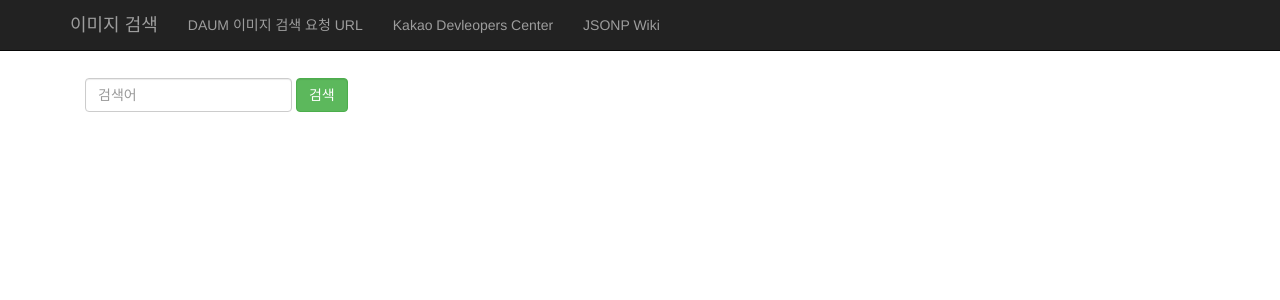
Repository: adminhelper/Ajax
Page: KaKaoOpenAPI08/WebContent/_41_KakaoImageSearchViewer.html
An editor plug-in stored every save of this project. The page is shown before and after the next save, followed by the edit.
The browser window is 1280 px wide. The pictures show the whole page.

Above is the page before, as saved 2020-05-21 02:17:35.

### KaKaoOpenAPI08/WebContent/_41_KakaoImageSearchViewer.html
<!DOCTYPE html>
<html>
<head>
<meta charset="UTF-8">
<!-- 부트스트랩 반응형 웹 지원 -->
<meta name="viewport" content="width=device-width, initial-scale=1">
<title>Kakao Image Search Viewer</title>
<link rel="stylesheet" href="css/bootstrap.min.css">
<link rel="stylesheet" href="css/ekko-lightbox.css">
<style>
	body{
		padding-top:70px;
	}
	.portfolio-item{
		margin-bottom:25px;
	}
	footer{
		margin:50px 0;
	}
</style>
<!-- ekkolightbox가 3.x를 지원하지 않아서 2.x 버전을 사용함 -->
<script src="http://code.jquery.com/jquery-2.2.4.js"></script>
<script src="js/bootstrap.min.js"></script>
<script src="js/ekko-lightbox.min.js"></script>
<script src="https://www.jsviews.com/download/jsrender.js"></script>
<script type="text/javascript">
	$(document).ready(function(){
		var key = "";	// Kakak 내 애플리케이션 REST API 키
		var param = {
			pageno:1, size:20, sort:"accuracy"
		}
		var searchImages = function(){
			$.ajax({
				url : "https://dapi.kakao.com/v2.search/image",
				headers : {'Authorization' : 'KakaoAK ' + key},
				type : "GET",
				data : param,
				success : function(result){
					console.log(result);
					// jsRender플러그인 사용
					// ViewTemplate + json객체 = 특정 div영역에 출력

				}
			});
		}
	});
</script>
<script id="image_template" type="text/x-jsrender">
	<div class="col-md-2 portfolio-item">
		<a data-toggle="lightbox" data-gallery="multis"
		   data-title="{{:display_sitename}}"
		   href="{{:image_url}}">
			<img class="img-responsive"
				 src="{{:thumbnail_url}}"
				 alt="{{:doc_url}}">
		</a>
	</div>
</script>
</head>
<body>
	<nav class="navbar navbar-inverse navbar-fixed-top"
		 role="navigation">
		<div class="container">
			<div class="navbar-header">
				<button type="button" class="navbar-toggle"
						data-toggle="collapse"
						data-target="#bs-example-navbar-collapse-1">
					<span class="sr-only">Toggle navigation</span>
					<span class="icon-bar"></span>
					<span class="icon-bar"></span>
					<span class="icon-bar"></span>
				</button>
				<a class="navbar-brand" href="#">이미지 검색</a>
			</div>
			<div class="collapse navbar-collapse"
				 id="bs-example-navbar-collapse-1">
				<ul class="nav navbar-nav">
					<li>
						<a href="https://dapi.kakao.com/v2/search/image">
							DAUM 이미지 검색 요청 URL
						</a>
					</li>
					<li>
						<a href="https://developers.kakao.com/">
							Kakao Devleopers Center
						</a>
					</li>
					<li>
						<a href="https://en.wikipedia.org/wiki/JSONP">
							JSONP Wiki
						</a>
					</li>
				</ul>
			</div>
		</div>
	</nav>

	<!-- Page Contents 영역 -->
	<div class="container">
		<div class="row">
			<div id="navbar"
				 class="navbar-collapse navbar-form navbar-left">
				<div class="form-group col-lg-12">
					<input id="keyword" type="text"
						   placeholder="검색어" class="form-control">
					<button id="inquery"
							class="btn btn-success form-control">
						검색
					</button>
				</div>
			</div>
		</div>
		<!-- 검색된 이미지가 출력되는 영역 -->
		<div id="imagelist" class="row">
		</div>
		<footer>
			<div class="row">
			</div>
		</footer>
	</div>
</body>
</html>

### KaKaoOpenAPI08/WebContent/css/ekko-lightbox.css
/*!
 * Lightbox for Bootstrap 3 by @ashleydw
 * https://github.com/ashleydw/lightbox
 *
 * License: https://github.com/ashleydw/lightbox/blob/master/LICENSE
 */

.ekko-lightbox-container {
  position: relative;
}

.ekko-lightbox-nav-overlay {
  position: absolute;
  top: 0;
  left: 0;
  z-index: 100;
  width: 100%;
  height: 100%;
}

.ekko-lightbox-nav-overlay a {
  z-index: 100;
  display: block;
  width: 49%;
  height: 100%;
  font-size: 30px;
  color: #fff;
  text-shadow: 2px 2px 4px #000;
  opacity: 0;
  filter: dropshadow(color=#000000, offx=2, offy=2);
  -webkit-transition: opacity 0.5s;
     -moz-transition: opacity 0.5s;
       -o-transition: opacity 0.5s;
          transition: opacity 0.5s;
}

.ekko-lightbox-nav-overlay a:empty {
  width: 49%;
}

.ekko-lightbox a:hover {
  text-decoration: none;
  opacity: 1;
}

.ekko-lightbox .glyphicon-chevron-left {
  left: 0;
  float: left;
  padding-left: 15px;
  text-align: left;
}

.ekko-lightbox .glyphicon-chevron-right {
  right: 0;
  float: right;
  padding-right: 15px;
  text-align: right;
}

.ekko-lightbox .modal-footer {
  text-align: left;
}

Loaded but not shown: KaKaoOpenAPI08/WebContent/css/bootstrap.min.css (library); KaKaoOpenAPI08/WebContent/js/bootstrap.min.js (library); KaKaoOpenAPI08/WebContent/js/ekko-lightbox.min.js (library)

After the next save:
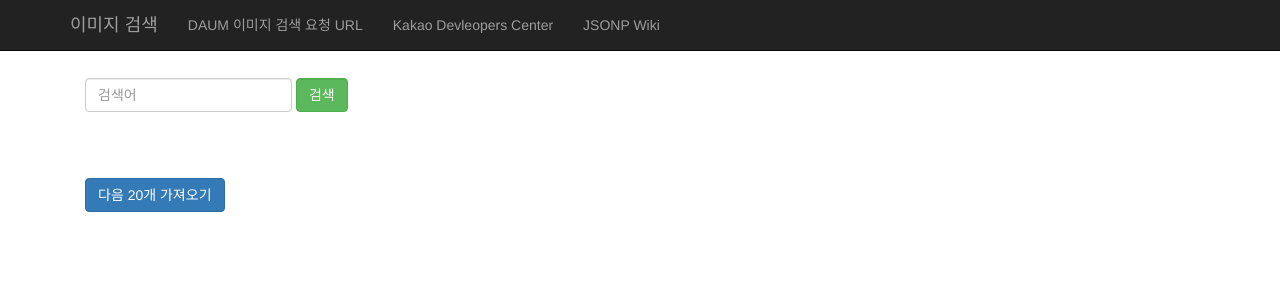
Saved 109 s later.
--- a/KaKaoOpenAPI08/WebContent/_41_KakaoImageSearchViewer.html
+++ b/KaKaoOpenAPI08/WebContent/_41_KakaoImageSearchViewer.html
@@ -115,6 +115,14 @@
 		</div>
 		<footer>
 			<div class="row">
+				<div class="navbar-collapse navbar-form navbar-left">
+					<div class="form-group col-lg-12">
+						<button type="submit" id="getNext"
+								class="btn btn-primary">
+							다음 20개 가져오기
+						</button>
+					</div>
+				</div>
 			</div>
 		</footer>
 	</div>
